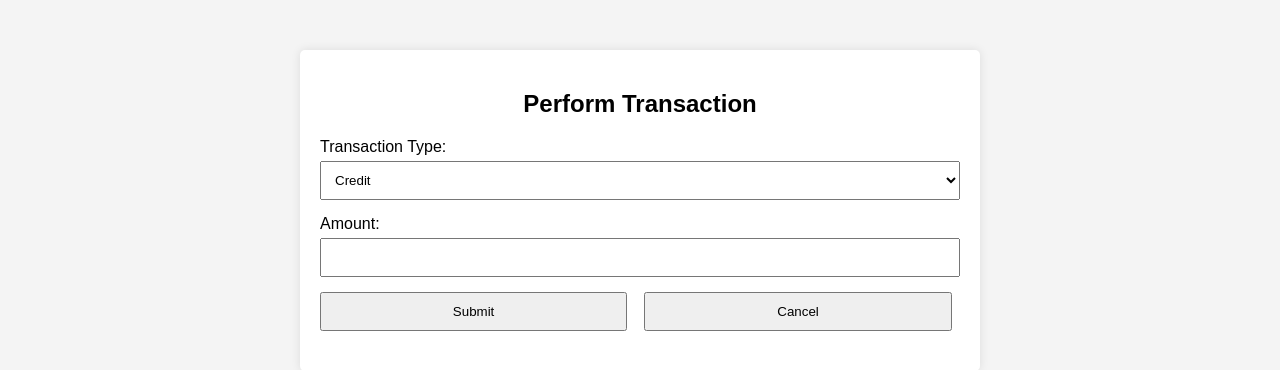
Repository: vinayakGarudi2002/swabhavTrainingProjects
Page: http://localhost/01_banking_application/performTransaction.jsp
The author's editor kept a copy of each file at every save. The page is drawn from the files as they stood at one save, then again after the next save.
The browser window is 1280 px wide. The pictures show the whole page.
The page is served by Tomcat 9.

Above is the page before, as saved 2024-08-12 12:09:51.

After the next save:
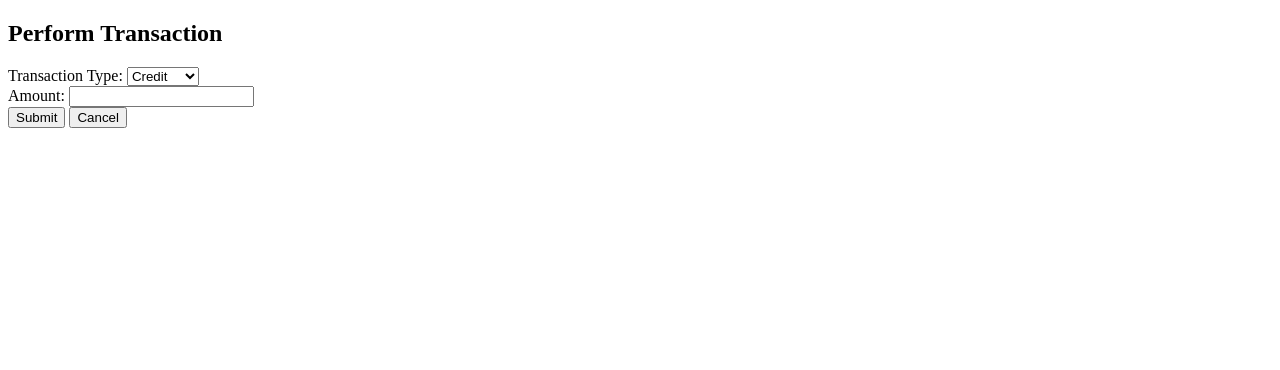
Saved 84 s later.
--- a/01_banking_application/WebContent/performTransaction.jsp
+++ b/01_banking_application/WebContent/performTransaction.jsp
@@ -7,63 +7,7 @@
     <meta name="viewport" content="width=device-width, initial-scale=1.0">
     <title>Perform Transaction</title>
     <style>
-        body {
-            font-family: Arial, sans-serif;
-            background-color: #f4f4f4;
-            margin: 0;
-            padding: 0;
-        }
 
-        .form-container {
-            width: 50%;
-            margin: 0 auto;
-            margin-top: 50px;
-            background-color: white;
-            padding: 20px;
-            border-radius: 5px;
-            box-shadow: 0 0 10px rgba(0, 0, 0, 0.1);
-        }
-
-        .form-container h2 {
-            text-align: center;
-            margin-bottom: 20px;
-        }
-
-        .form-group {
-            margin-bottom: 15px;
-        }
-
-        .form-group label {
-            display: block;
-            margin-bottom: 5px;
-        }
-
-        .form-group input, .form-group select {
-            width: 100%;
-            padding: 10px;
-            box-sizing: border-box;
-        }
-
-        .form-group input[type="submit"], .form-group input[type="button"] {
-            width: 48%;
-            margin-right: 2%;
-        }
-
-        .form-group input[type="button"] {
-            margin-right: 0;
-        }
-
-        .error-message {
-            color: red;
-            text-align: center;
-            margin-bottom: 20px;
-        }
-
-        .success-message {
-            color: green;
-            text-align: center;
-            margin-bottom: 20px;
-        }
 
         #transfer-fields {
             display: none;
